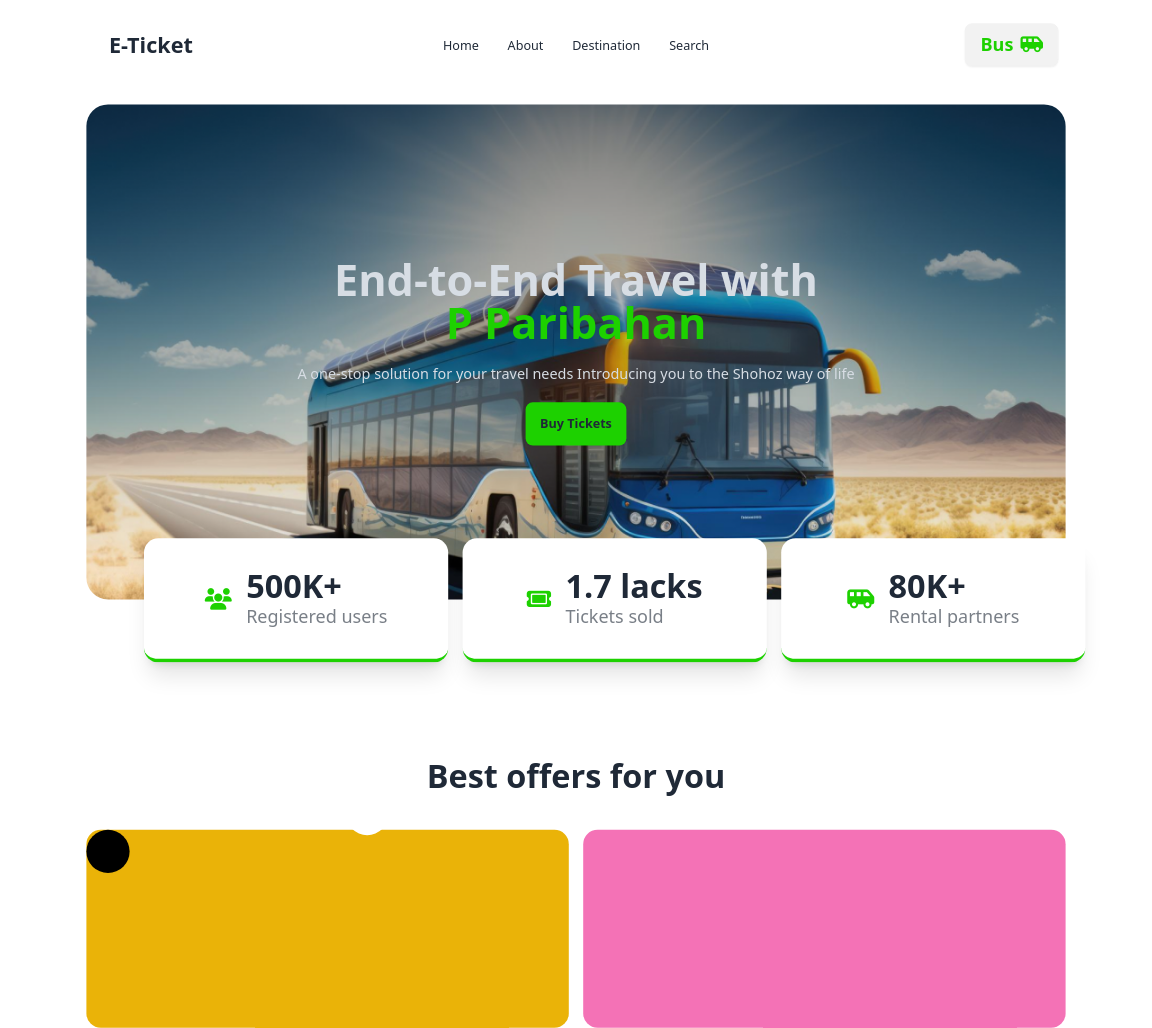
Repository: RudrasahaDibos/Smart-ticketing
Page: index.html
An editor plug-in stored every save of this project. The page is shown before and after a run of saves, followed by the edit.
The browser window is 1280 px wide. The pictures show the whole page, at 90% of full size.
Some web fonts or font styles are not loaded; a fallback is used. Some web libraries are served in a nearby version.

Above is the page before, as saved 2024-11-10 01:15:25.

After the next 3 saves:
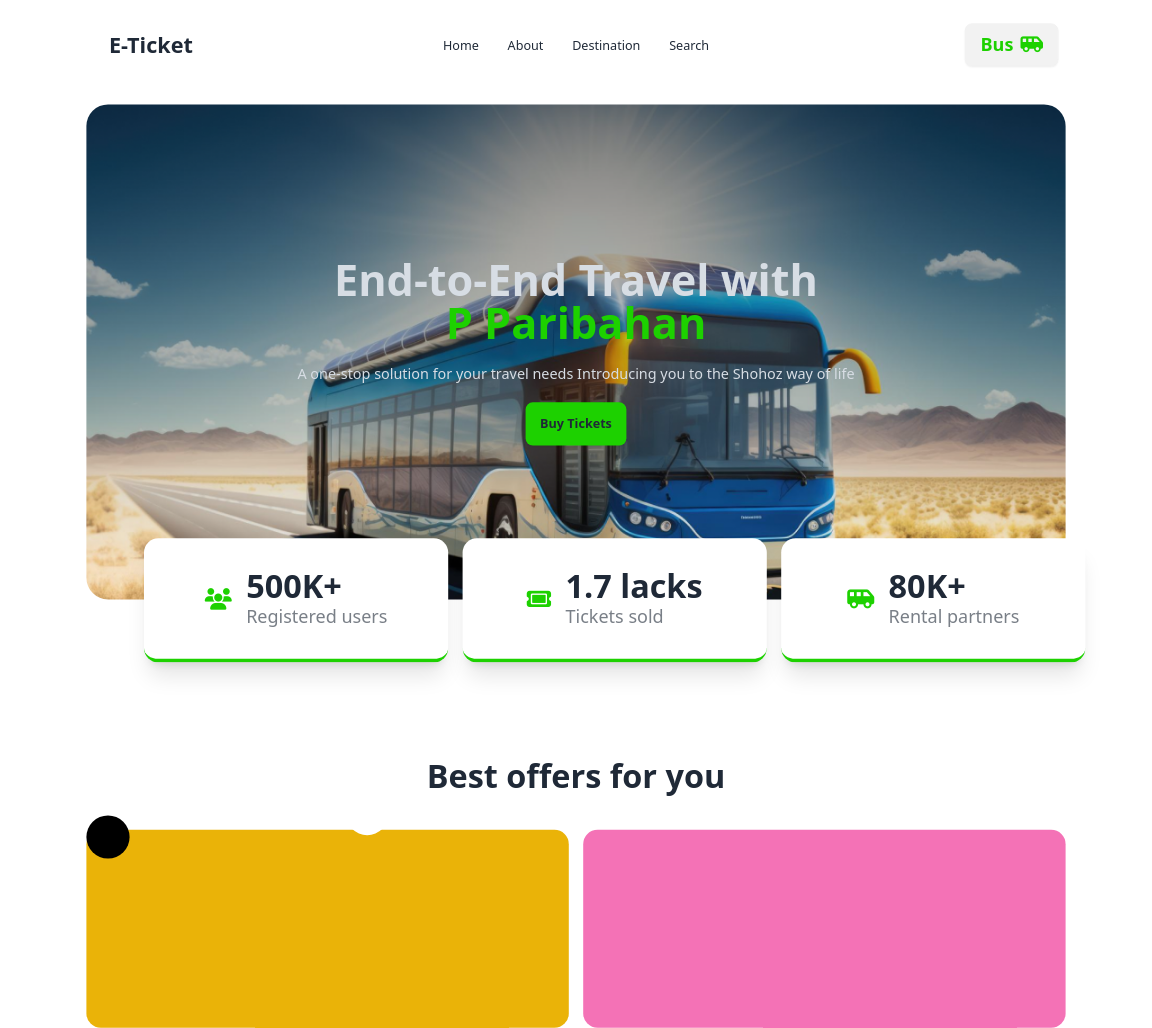
The 3 saves are shown as one change because they came seconds apart.
The last was saved 13 s later.
--- a/index.html
+++ b/index.html
@@ -157,7 +157,7 @@
                                 <div class="flex gap-4 mt-10">
                                     <div class="bg-yellow-500  w-[573px] h-[220px] rounded-2xl">
                                                <p class="bg-white w-[48px] h-[48px] absolute mx-auto rounded-full  -bottom-52 ml-72 "></p>
-                                               <p class="bg-black w-[48px] h-[48px] absolute mx-auto rounded-full  -m "></p>
+                                               <p class="bg-black w-[48px] h-[48px] absolute mx-auto rounded-full  -mt-4 "></p>
                                     </div>
                                     <div class="bg-pink-400   w-[573px] h-[220px] rounded-2xl">
 

After the save that followed:
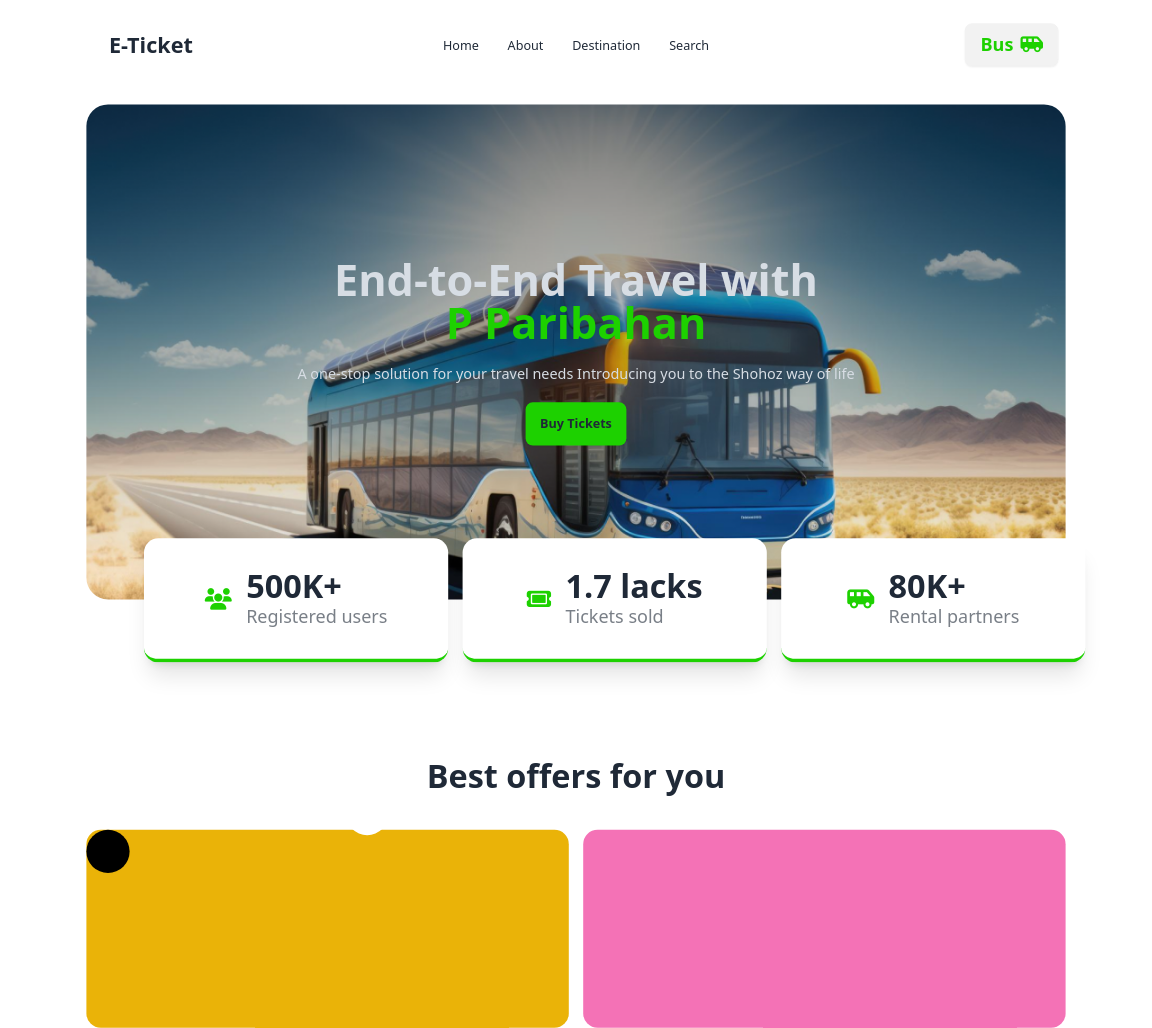
Saved 8 s later.
--- a/index.html
+++ b/index.html
@@ -157,7 +157,7 @@
                                 <div class="flex gap-4 mt-10">
                                     <div class="bg-yellow-500  w-[573px] h-[220px] rounded-2xl">
                                                <p class="bg-white w-[48px] h-[48px] absolute mx-auto rounded-full  -bottom-52 ml-72 "></p>
-                                               <p class="bg-black w-[48px] h-[48px] absolute mx-auto rounded-full  -mt-4 "></p>
+                                               <p class="bg-black w-[48px] h-[48px] absolute mx-auto rounded-full  -mb-4 "></p>
                                     </div>
                                     <div class="bg-pink-400   w-[573px] h-[220px] rounded-2xl">
 
